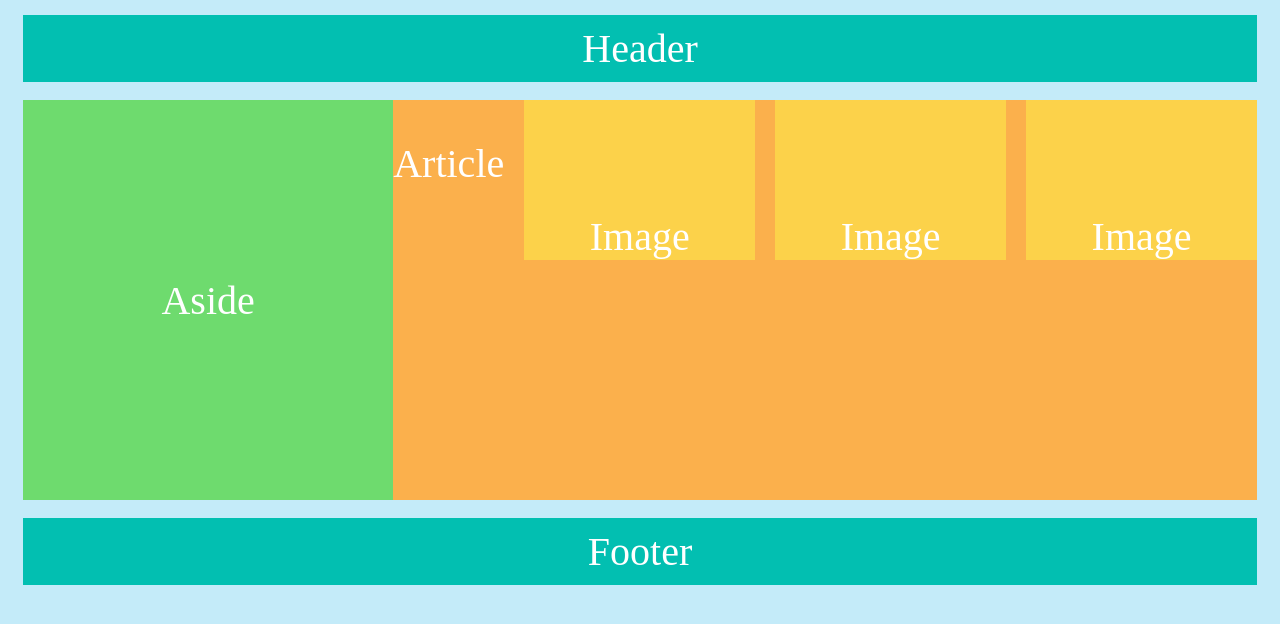
Repository: huyennvo/CSS
Page: flex-css-example/index.html
These files come from the project's save history. The page is drawn as it stood at one moment and after the next save; the edit follows.
The browser window is 1280 px wide. The pictures show the whole page.

Above is the page before, as saved 2022-07-18 11:25:05.

After the next save:
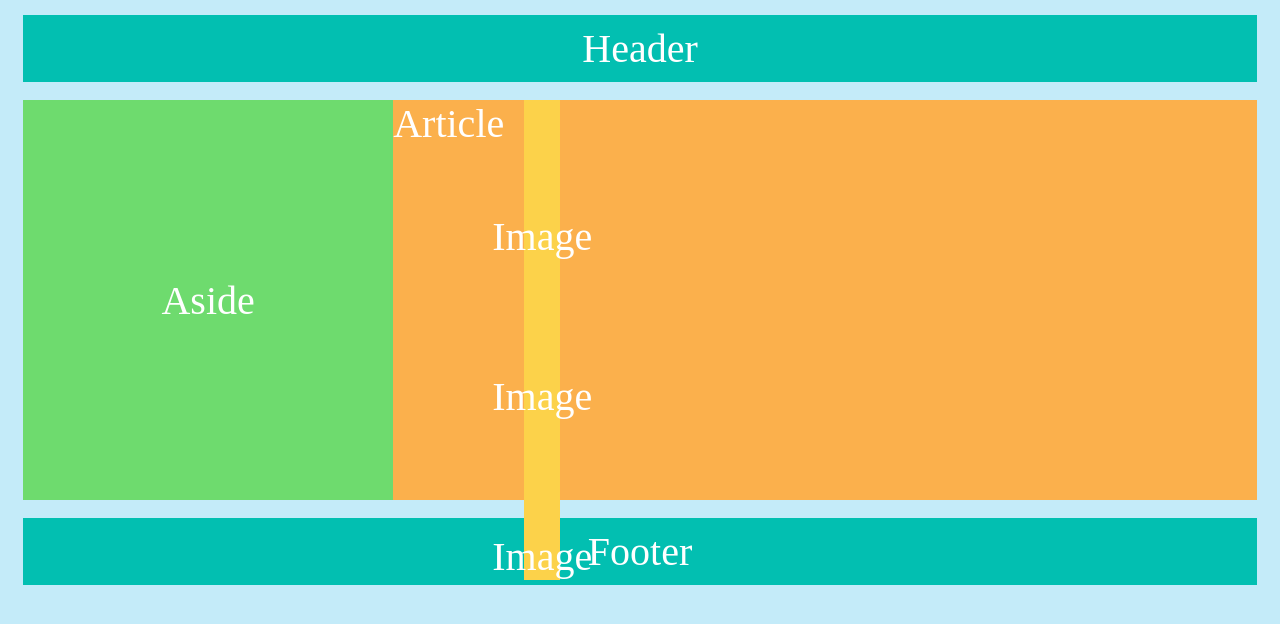
Saved 65 s later.
--- a/flex-css-example/index.html
+++ b/flex-css-example/index.html
@@ -16,10 +16,13 @@
         <div class="body">
             <div class="body-left">Aside</div>
             <div class="body-right">
-                 <p>Article</p>
-                <div class="item item1">Image</div>
-                <div class="item item2">Image</div>
-                <div class="item item3">Image</div>
+                 <div>Article</div>
+                 <div>
+                    <div class="item item1">Image</div>
+                    <div class="item item2">Image</div>
+                    <div class="item item3">Image</div>
+                 </div>
+
             </div>
         </div>
         <br>
